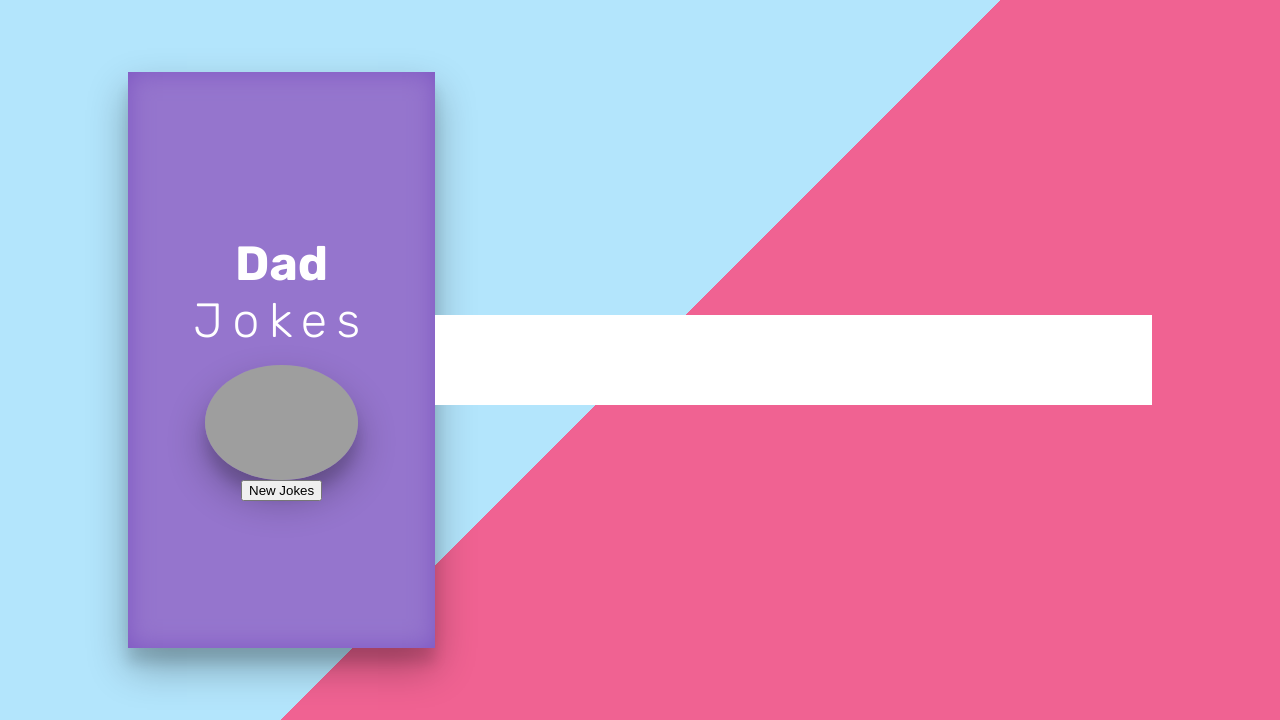
Repository: zhapar/dad-jokes
Page: /
The author's editor kept a copy of each file at every save. The page is drawn from the files as they stood at one save, then again after the next save.
The browser window is 1280 px wide. The pictures show the whole page.
Pictures or frames that could not be fetched are drawn as grey boxes. The page's requests for data from a server got no answer. The project was rebuilt for these pictures with package versions that can differ from the ones it lists, and the page was loaded fresh each time. No one was signed in, and anything a server would have sent is missing.

Above is the page before, as saved 2020-08-29 21:16:04.

### src/App.js
import React from "react";
import JokeList from "./JokeList";
import "./App.css";

function App() {
  return (
    <div className="App">
      <JokeList />
    </div>
  );
}

export default App;

### src/JokeList.js
import React, { Component } from "react";
import axios from "axios";
import "./JokeList.css";

class JokeList extends Component {
  static defaultProps = {
    numJokesToGet: 10,
  };

  constructor(props) {
    super(props);
    this.state = {
      jokes: [],
    };
  }

  async componentDidMount() {
    let jokes = [];
    while (jokes.length < this.props.numJokesToGet) {
      let res = await axios.get("https://icanhazdadjoke.com/", {
        headers: { Accept: "application/json" },
      });
      jokes.push(res.data.joke);
    }
    this.setState({ jokes });
  }

  render() {
    return (
      <div className="JokeList">
        <div className="JokeList-sidebar">
          <h1 className="JokeList-title">
            <span>Dad</span> Jokes
          </h1>
          <img
            src="https://assets.dryicons.com/uploads/icon/svg/8927/0eb14c71-38f2-433a-bfc8-23d9c99b3647.svg"
            alt="Smiling"
          />
          <button className="JokeList-getmore">New Jokes</button>
        </div>
        <div className="JokeList-jokes">
          {this.state.jokes.map((j) => (
            <div>{j}</div>
          ))}
        </div>
      </div>
    );
  }
}

export default JokeList;

### src/App.css
@import url('https://fonts.googleapis.com/css2?family=Rubik:wght@300;400;700&display=swap');

.App {
  display: flex;
  justify-content: center;
  align-items: center;
  height: 100vh;
  font-family: 'Rubik', sans-serif;
  color: #78909c;
  background: linear-gradient(135deg,
      rgba(179, 229, 252, 1) 0%,
      rgba(179, 229, 252, 1) 50%,
      rgba(240, 98, 146, 1) 50%,
      rgba(240, 98, 146, 1) 100%);
}

### src/JokeList.css
.JokeList {
  display: flex;
  width: 80%;
  height: 80%;
}

.JokeList-sidebar {
  background-color: #9575cd;
  display: flex;
  flex-direction: column;
  justify-content: center;
  align-items: center;
  width: 30%;
  text-align: center;
  box-shadow: 0 19px 38px rgba(0, 0, 0, .3), 0 15px 12px rgba(0, 0, 0, .1), inset 0 0 25px #7e57c2;
}

.JokeList-title {
  font-size: 3rem;
  margin: 1rem;
  color: #ffffff;
  font-weight: 300;
  letter-spacing: 0.6rem;
}

.JokeList-title span {
  font-weight: 700;
  letter-spacing: 0;
}

.JokeList-sidebar img {
  width: 50%;
  box-shadow: 0 19px 38px rgba(0, 0, 0, 0.3), 0 15px 12px rgba(0, 0, 0, 0.1);
  border-radius: 50%;
}

.JokeList-jokes {
  height: 90px;
  background: #ffffff;
  align-self: center;
  width: 70%;
  overflow: scroll;
}

Loaded but not shown: src/index.js (common file); src/index.css (common file); src/serviceWorker.js (common file)

After the next save:
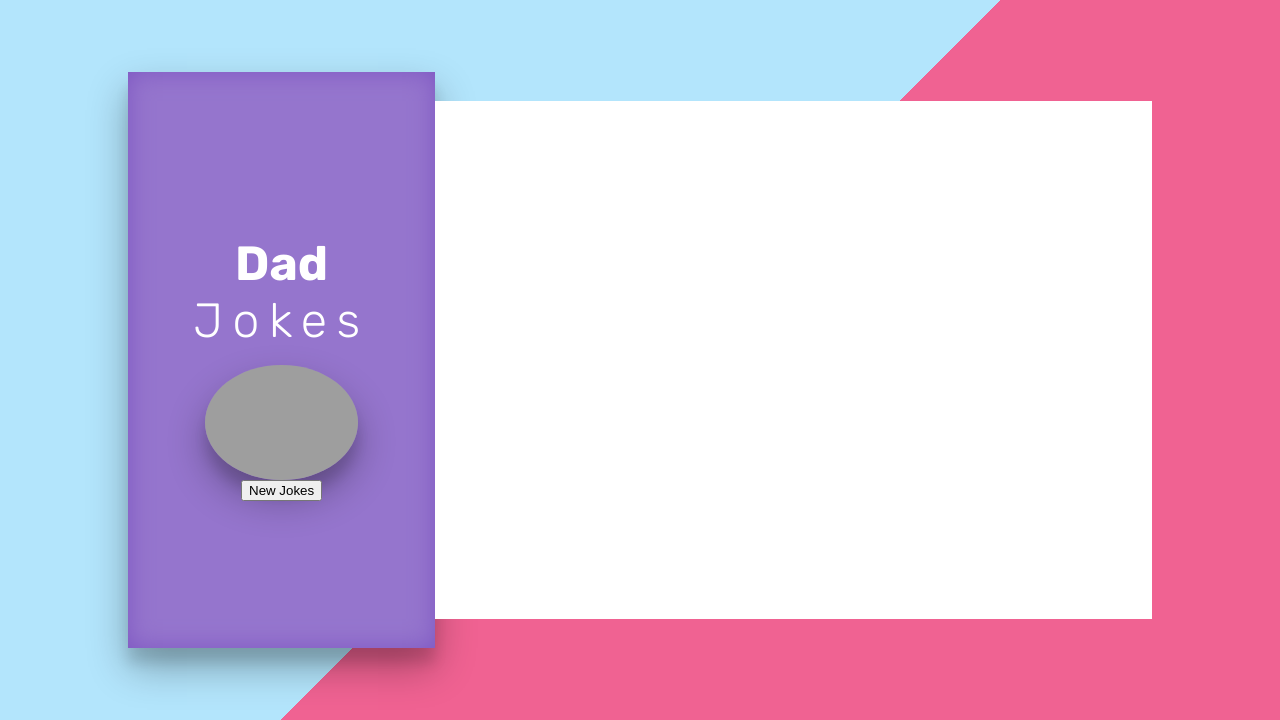
Saved 9 s later.
--- a/src/JokeList.css
+++ b/src/JokeList.css
@@ -35,7 +35,7 @@
 }
 
 .JokeList-jokes {
-  height: 90px;
+  height: 90%;
   background: #ffffff;
   align-self: center;
   width: 70%;
